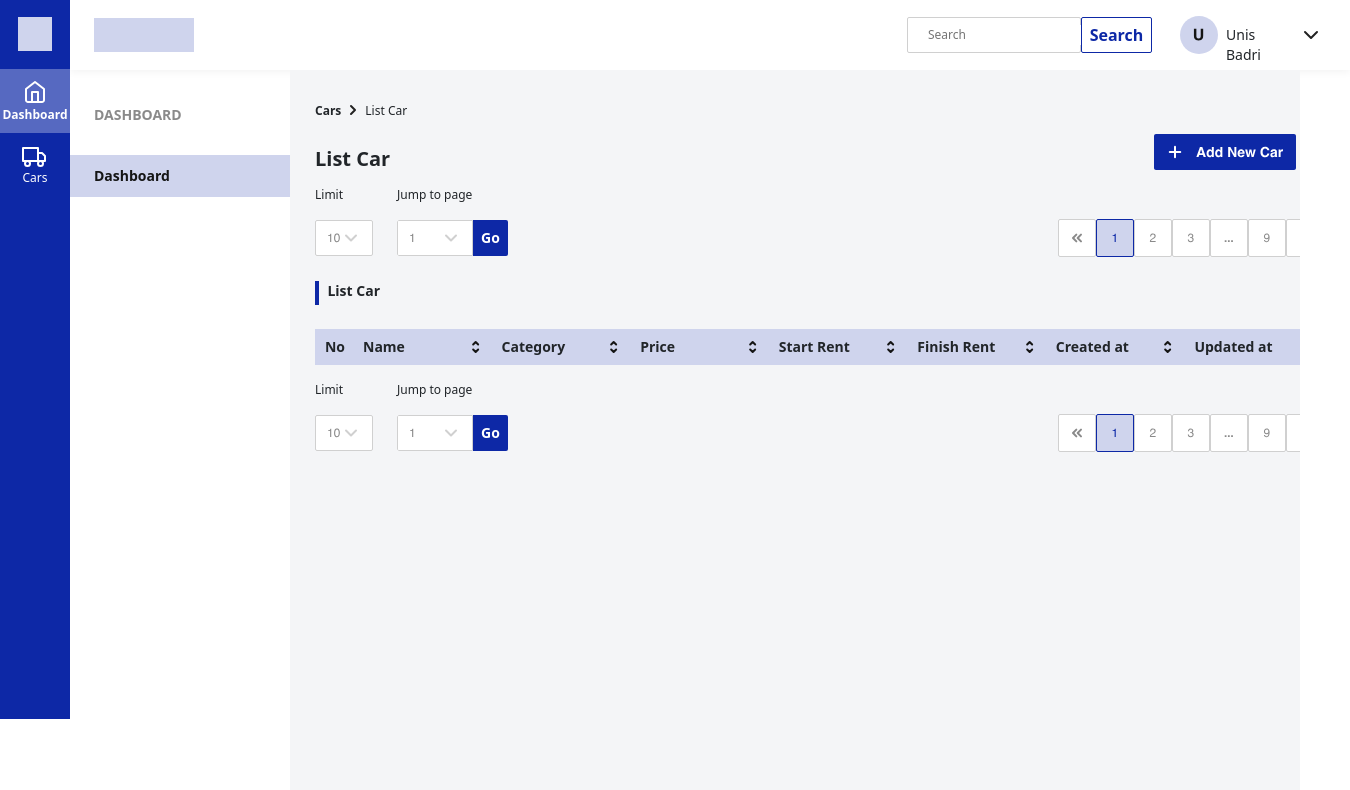
Repository: farrelmuhammad/challenge-7-binar
Page: /carlist/add
The author's editor kept a copy of each file at every save. The page is drawn from the files as they stood at one save, then again after the next save.
The browser window is 1280 px wide. The page is 1350 px wide, so the pictures cover 1350 px, including what lies to the right of the window. The pictures show the whole page.
The project was rebuilt for these pictures with package versions that can differ from the ones it lists, and the page was loaded fresh each time. Also part of the build but not shown: src/component/navbar.js, src/component/header.js, src/component/footer.js, src/App.js, src/component/admin/Dashboard/index.jsx, src/pages/admin/Dashboard.js, src/component/admin/Cars/index.jsx, src/pages/admin/CarsList.js and 2 more.

Above is the page before, as saved 2022-05-27 20:55:51.

After the next save:
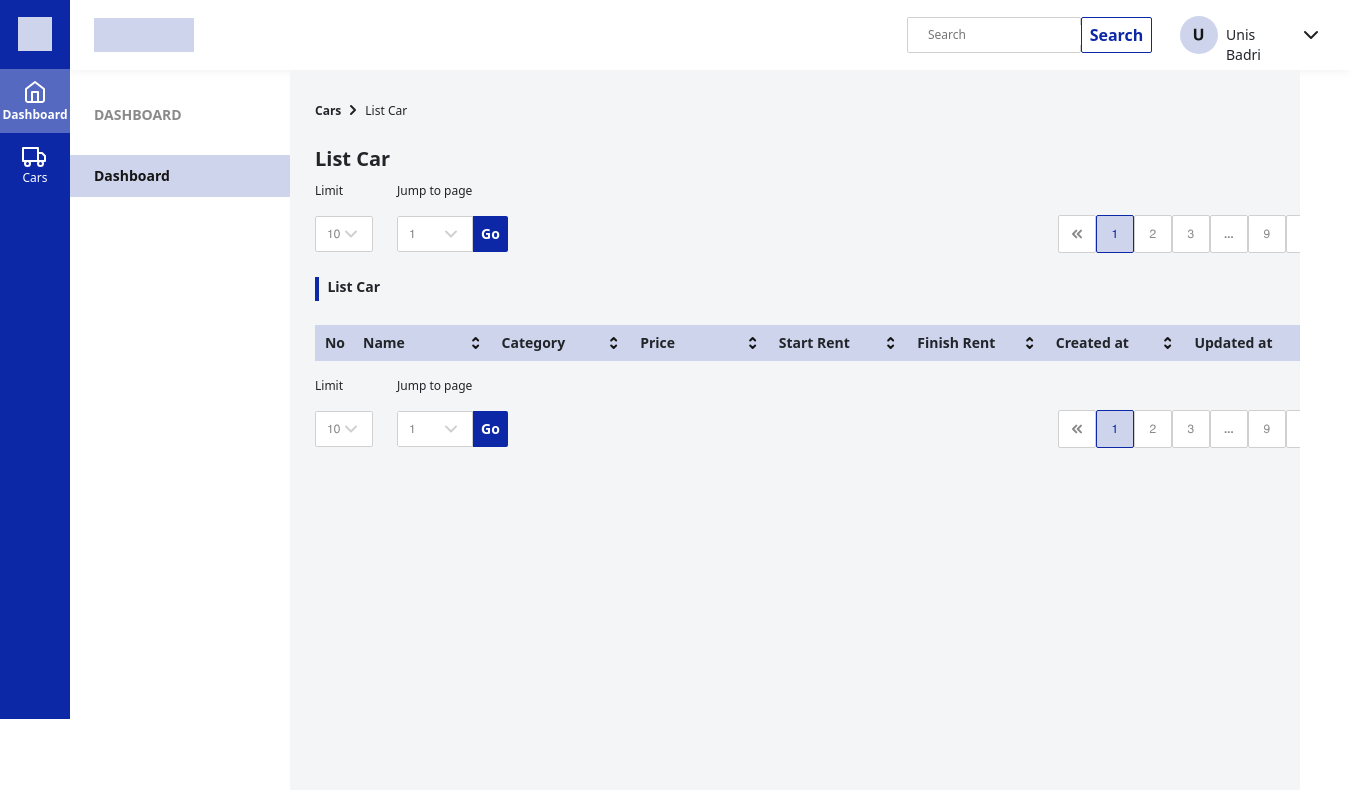
Saved 16 s later.
--- a/src/component/admin/Cars/add/index.jsx
+++ b/src/component/admin/Cars/add/index.jsx
@@ -10,16 +10,10 @@ export const AddCar = () => {
                 <img src="../img/arrow-right.svg" alt="arrow-right" />
                 <p>List Car</p>
                 </div>
-                <div className="row">
                     <div className="col">
                         <h1 className="title-h1">List Car</h1>
                     </div>
-                    <div className="col mt-5 p-3 text-end">
-                        <Link to='/carlist/add'>
-                            <img src="img/btn-addcar.svg" alt="add new"/>
-                        </Link>
-                    </div>
-                </div>
+
 
 
                 {/* order table */}
